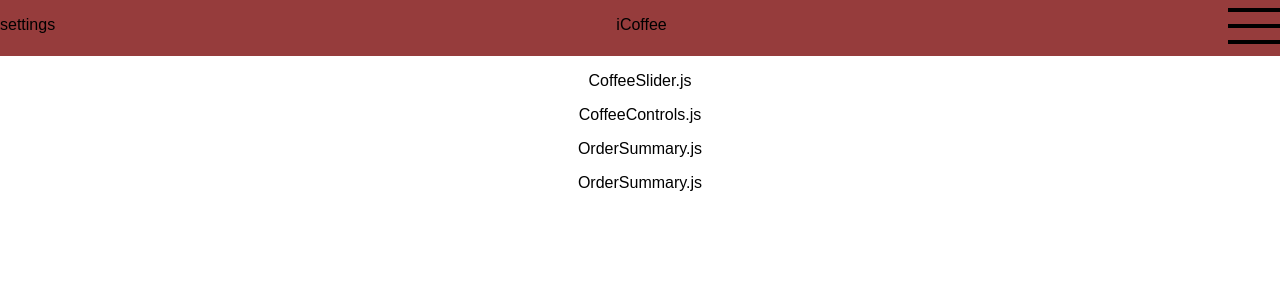
Repository: BG-Guy/CoffeeBuilder
Page: /
An editor plug-in stored every save of this project. The page is shown before and after the next save, followed by the edit.
The browser window is 1280 px wide. The pictures show the whole page.
The project was rebuilt for these pictures with package versions that can differ from the ones it lists, and the page was loaded fresh each time.

Above is the page before, as saved 2020-08-15 12:13:22.

### src/App.js
import React from "react";
import CoffeeBuilder from "../src/Components/CoffeeBuilder/CoffeeBuilder";
import "./App.css";
import Navigation from "./Components/Navigation/Navigation";

const App = () => {
    return (
        <div className="App">
            <Navigation />
            <CoffeeBuilder />
            <p>OrderSummary.js</p>
        </div>
    );
};

export default App;

### src/Components/CoffeeBuilder/CoffeeBuilder.js
import React, { Component } from "react";

class CoffeeBuilder extends Component {
    constructor(props) {
        super(props);

        this.state = {
            ingredients: {
                sugar: 0,
                coffee: 0,
                water: 0,
                milk: 0,
            },
            totalPrice: 0,
            purchasing: false,
        };
    }

    render() {
        return (
            <div>
                <p>CoffeeSlider.js</p>
                <p>CoffeeControls.js</p>
                <p>OrderSummary.js</p>
            </div>
        );
    }
}

export default CoffeeBuilder;

### src/Components/Navigation/Navigation.js
import React from "react";
import Menu from "./Menu/Menu";
import Header from "./Header/Header";
import "./Navigation.css";

const Navigation = (props) => {
    return (
        <div className="Navigation">
            <p>settings</p>
            <Header />
            <Menu />
        </div>
    );
};

export default Navigation;

### src/Components/Navigation/Menu/Menu.js
import React from "react";
import Logo from "../Menu/icons8-menu-52.png";

const Menu = () => {
    return (
        <div>
            <img src={Logo} alt="" />
        </div>
    );
};

export default Menu;

### src/Components/Navigation/Header/Header.js
import React from "react";
import "./Header.css";

const Header = (props) => {
    return (
        <div>
            <p>iCoffee</p>
        </div>
    );
};

export default Header;

### src/Components/Navigation/Navigation.css
.Navigation {
    display: flex;
    justify-content: space-between;
    margin: 0px;
    background-color: #963c3c;
}

### src/Components/Navigation/Menu/Menu.css
div {
    margin: 20px;
}

Loaded but not shown: public/index.html (common file); src/index.js (common file); src/index.css (common file); src/registerServiceWorker.js (common file); src/App.css (common file); src/Components/Navigation/Header/Header.css (no stored copy; drawn as an empty file)

After the next save:
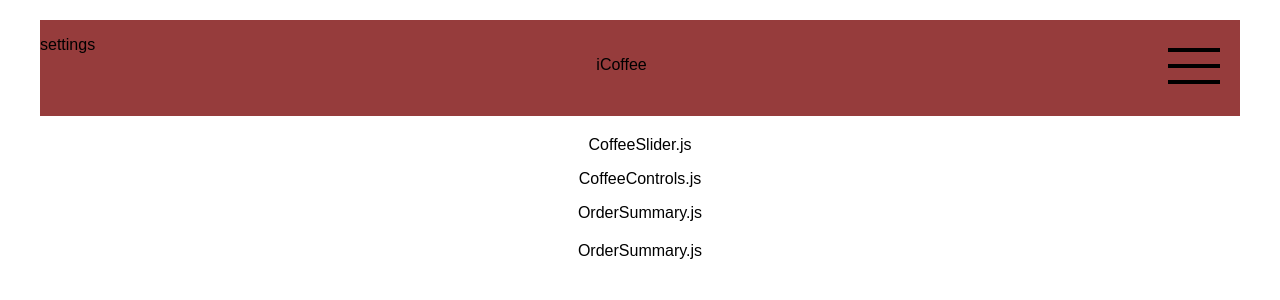
Saved 9 s later.
--- a/src/Components/Navigation/Menu/Menu.js
+++ b/src/Components/Navigation/Menu/Menu.js
@@ -1,5 +1,6 @@
 import React from "react";
 import Logo from "../Menu/icons8-menu-52.png";
+import "./Menu.css";
 
 const Menu = () => {
     return (
